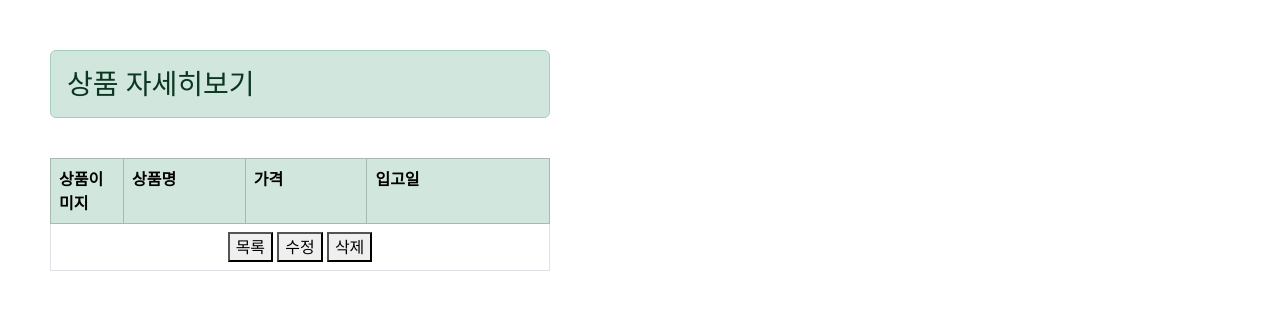
Repository: JunbroGit/SistProject
Page: http://localhost/jsaAjaxProject/quizshop/detailPage.jsp
The author's editor kept a copy of each file at every save. The page is drawn from the files as they stood at one save, then again after the next save.
The browser window is 1280 px wide. The pictures show the whole page.
Some web fonts or font styles are not loaded; a fallback is used. The page is served by Tomcat 9. Queries for data that is not in the repository find no rows.

Above is the page before, as saved 2024-03-12 07:54:24.

After the next save:
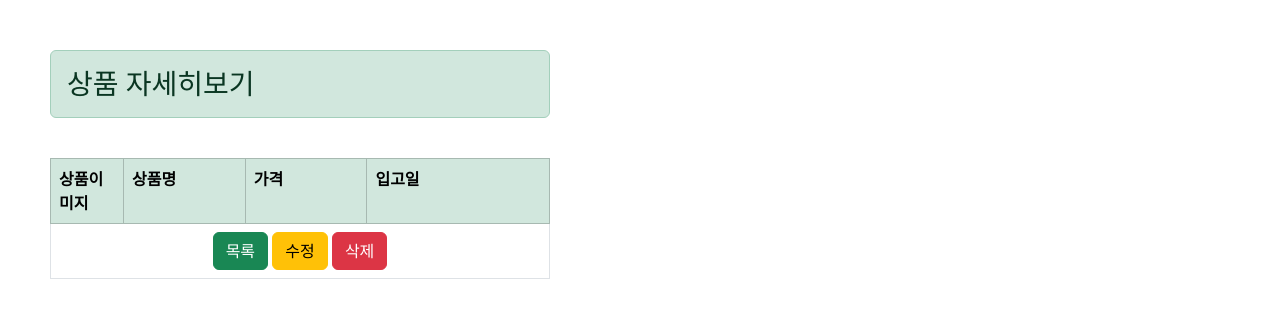
Saved 61 s later.
--- a/jspwork/jsaAjaxProject/src/main/webapp/quizshop/detailPage.jsp
+++ b/jspwork/jsaAjaxProject/src/main/webapp/quizshop/detailPage.jsp
@@ -49,12 +49,11 @@
 
 		<tr>
 			<td colspan="4" align="center">
-				<button>목록</button>
-				<button>수정</button>
-				<button>삭제</button>
+				<button class="btn btn-success">목록</button>
+				<button class="btn btn-warning">수정</button>
+				<button class="btn btn-danger">삭제</button>
 			</td>
 		</tr>
-
 	</table>
 </div>
 </body>
